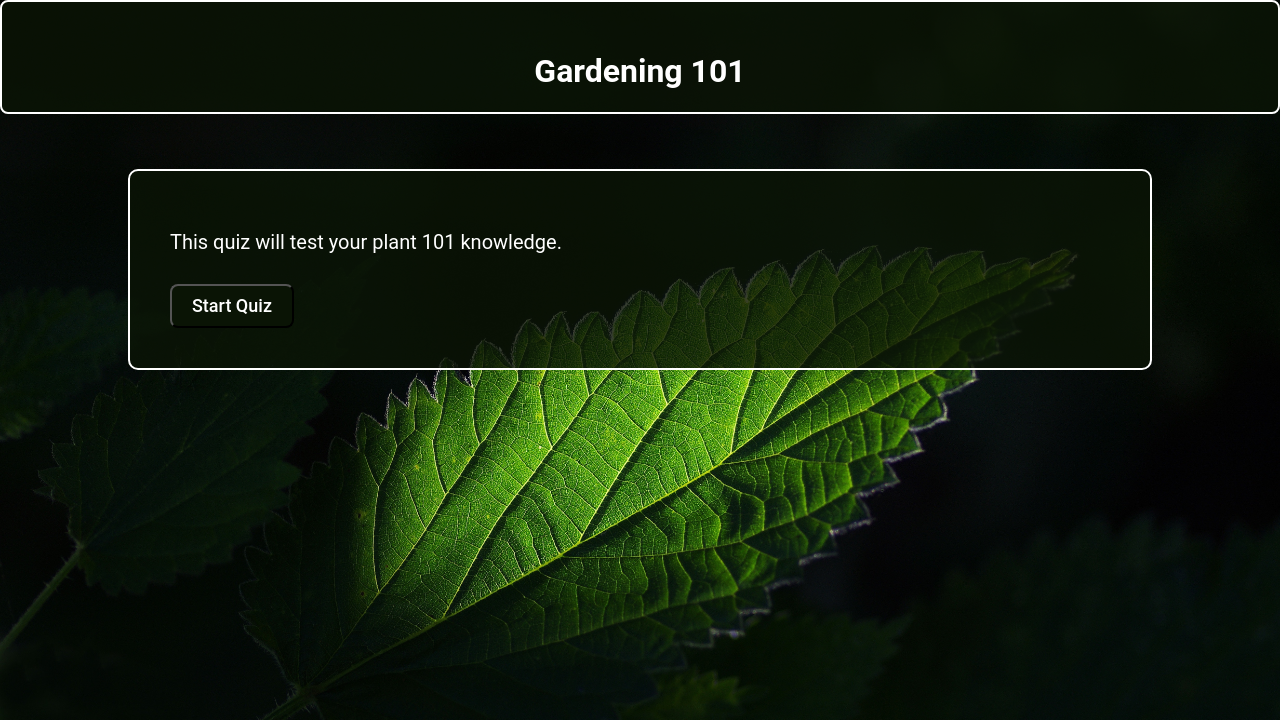
Repository: kaitlynMidori/gardening101
Page: index.html
An editor plug-in stored every save of this project. The page is shown before and after the next save, followed by the edit.
The browser window is 1280 px wide. The pictures show the whole page.

Above is the page before, as saved 2021-06-10 14:01:48.

After the next save:
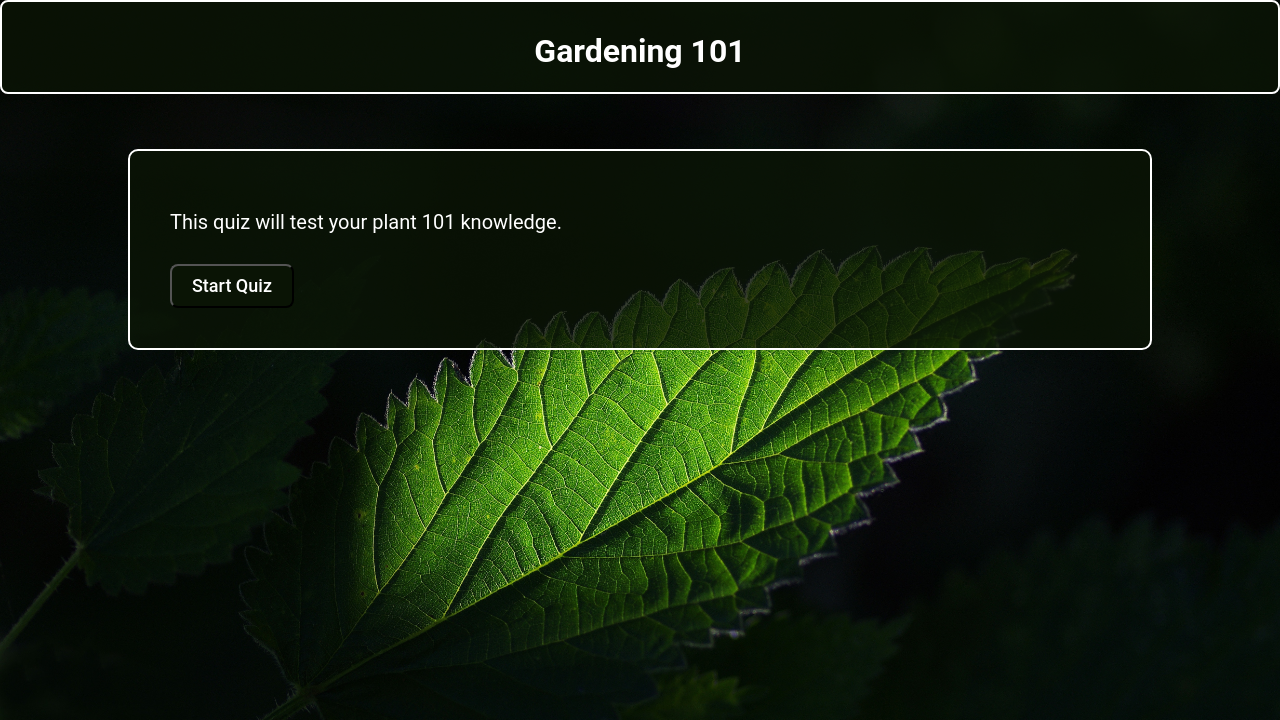
Saved 5 s later.
--- a/app.css
+++ b/app.css
@@ -32,7 +32,7 @@ header {
     border: 2px solid white;
     border-radius: 8px;
     background: rgba(11, 21, 6, 0.8);
-    padding: 30px 0 0 0;
+    padding: 10px 0 0 0;
     color: white;
 }
 
